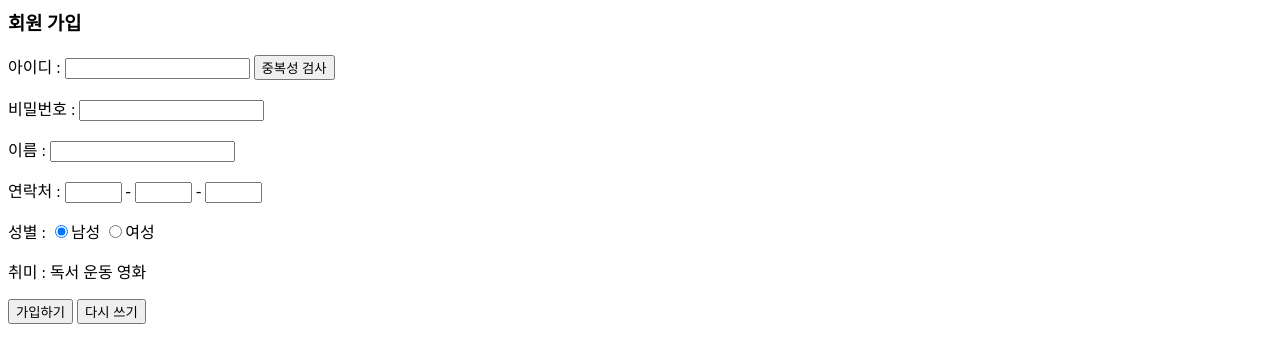
Repository: peanutBana/jsp_project
Page: http://localhost/JSPBook/ch06/form03.jsp
An editor plug-in stored every save of this project. The page is shown before and after the next save, followed by the edit.
The browser window is 1280 px wide. The pictures show the whole page.
The page is served by Tomcat 9. Other server files are loaded and not shown.

Above is the page before, as saved 2022-10-05 00:56:27.

### JSPBook/src/main/webapp/ch06/form03.jsp
<%@ page language="java" contentType="text/html; charset=UTF-8"%>
<html>
<head>
<title>Form Processing</title>
</head>
<body>
	<h3>회원 가입</h3>
	<form action="#" name="member" method="post">
		<p>아이디 : <input type="text" name="id"> <input type="button" value="중복성 검사">
		<p>비밀번호 : <input type="password" name="passwd">
		<p>이름 : <input type="text" name="name">
		<p>연락처 : <input type="text" maxlength="4" size="4" name="phone1"> -
				  <input type="text" maxlength="4" size="4" name="phone2"> -
				  <input type="text" maxlength="4" size="4" name="phone3">
		<p>성별 : <input type="radio" name="sex" value="남성" checked>남성
				 <input type="radio" name="sex" value="여성">여성
		<p>취미 : 독서<ipnut type="checkbox" name="hobby1">
				 운동<ipnut type="checkbox" name="hobby2">
				 영화<ipnut type="checkbox" name="hobby3">
		<p> <input type="submit" value="가입하기">
			<input type="reset" value="다시 쓰기">
	</form>

</body>
</html>

After the next save:
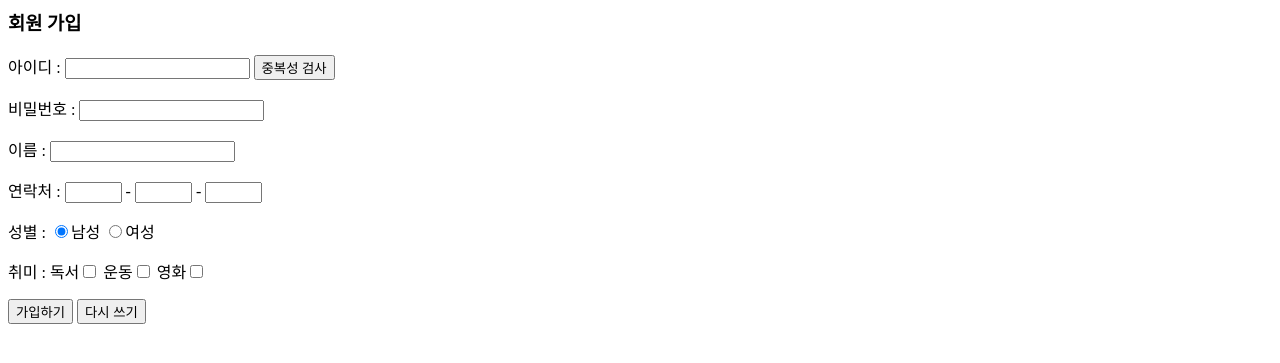
Saved 24 s later.
--- a/JSPBook/src/main/webapp/ch06/form03.jsp
+++ b/JSPBook/src/main/webapp/ch06/form03.jsp
@@ -14,9 +14,9 @@
 				  <input type="text" maxlength="4" size="4" name="phone3">
 		<p>성별 : <input type="radio" name="sex" value="남성" checked>남성
 				 <input type="radio" name="sex" value="여성">여성
-		<p>취미 : 독서<ipnut type="checkbox" name="hobby1">
-				 운동<ipnut type="checkbox" name="hobby2">
-				 영화<ipnut type="checkbox" name="hobby3">
+		<p>취미 : 독서<input type="checkbox" name="hobby1">
+				 운동<input type="checkbox" name="hobby2">
+				 영화<input type="checkbox" name="hobby3">
 		<p> <input type="submit" value="가입하기">
 			<input type="reset" value="다시 쓰기">
 	</form>
